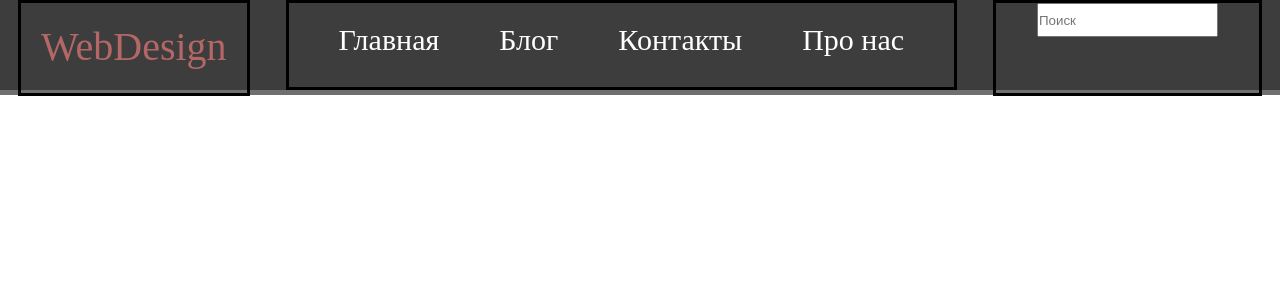
Repository: andbaik/Itprog
Page: index.htm
An editor plug-in stored every save of this project. The page is shown before and after the next save, followed by the edit.
The browser window is 1280 px wide. The pictures show the whole page.

Above is the page before, as saved 2021-01-19 16:51:17.

After the next save:
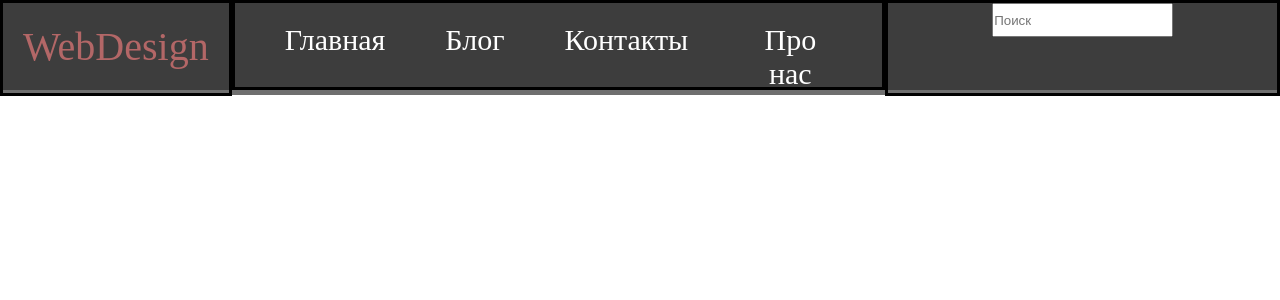
Saved 13 s later.
--- a/css/style.css
+++ b/css/style.css
@@ -54,7 +54,7 @@ a {
 
 
 .search {
-    width: 263px;
+    width: 400px;
     height: 90px;
     margin: 0 auto;
     border: 3px solid black;
